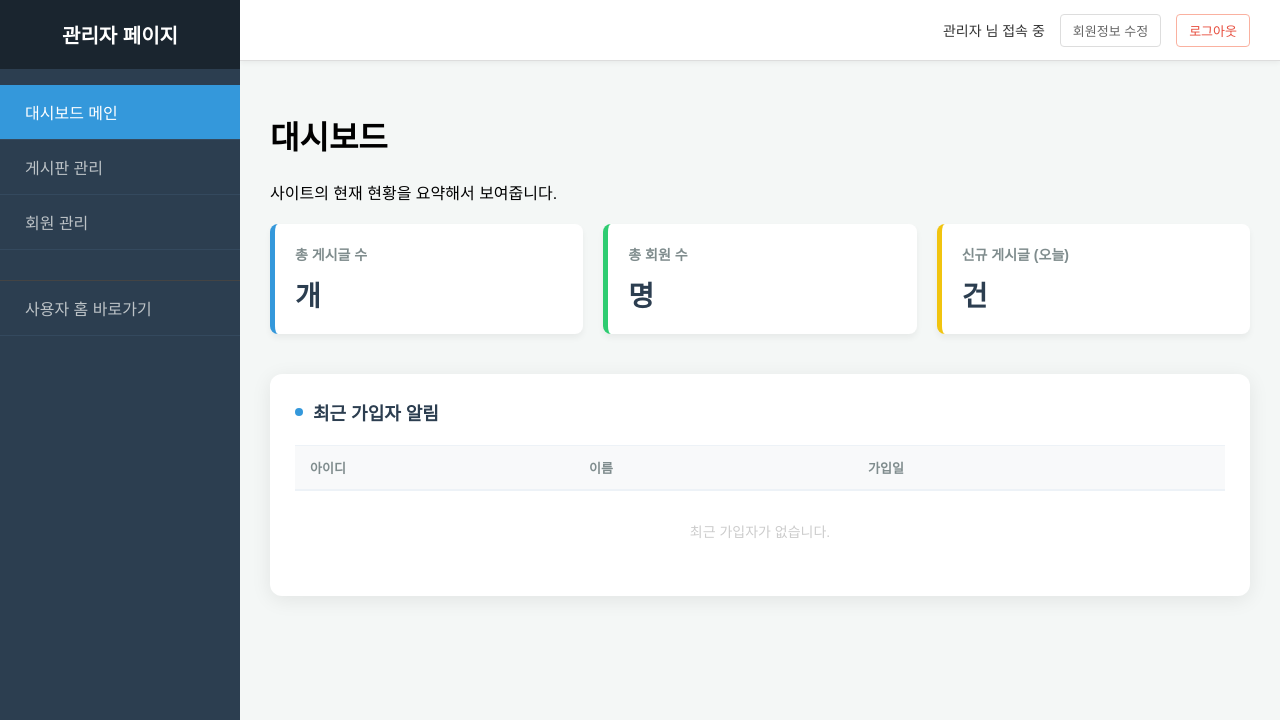
Repository: cjoh0407-ctrl/spring_legacy_project
Page: http://localhost/project/WEB-INF/views/admin/main.jsp
An editor plug-in stored every save of this project. The page is shown before and after the next save, followed by the edit.
The browser window is 1280 px wide. The pictures show the whole page.
The page is served by Tomcat 10. Nobody is signed in. Other server files are loaded and not shown. The template is opened directly, without the code that normally fills it, so the values that code supplies are empty.

Above is the page before, as saved 2026-01-05 06:39:38.

### project/src/main/webapp/WEB-INF/views/admin/main.jsp
<%@ page language="java" contentType="text/html; charset=UTF-8" pageEncoding="UTF-8"%>
<%@ taglib uri="http://java.sun.com/jsp/jstl/core" prefix="c" %>
<!DOCTYPE html>
<html>
<head>
<meta charset="UTF-8">
<title>관리자 페이지 - 메인</title>
<style>
    body { margin: 0; font-family: 'Malgun Gothic', sans-serif; display: flex; background-color: #f4f7f6; }

    /* 사이드바 스타일 */
    .sidebar { width: 240px; background: #2c3e50; color: white; height: 100vh; position: fixed; }
    .sidebar-header { padding: 20px; text-align: center; background: #1a252f; font-size: 20px; font-weight: bold; }
    .sidebar-menu { padding: 0; list-style: none; }
    .sidebar-menu li a { display: block; padding: 15px 25px; color: #bdc3c7; text-decoration: none; border-bottom: 1px solid #34495e; transition: 0.3s; }
    .sidebar-menu li a:hover { background: #34495e; color: white; }
    .sidebar-menu li a.active { background: #3498db; color: white; }

    /* 메인 영역 스타일 */
    .main-content { margin-left: 240px; width: calc(100% - 240px); display: flex; flex-direction: column; }

    /* 헤더 스타일 */
    .admin-header { height: 60px; background: white; border-bottom: 1px solid #ddd; display: flex; align-items: center; justify-content: flex-end; padding: 0 30px; box-shadow: 0 2px 5px rgba(0,0,0,0.05); }
    .admin-info { font-size: 14px; color: #333; }
    .admin-info b { color: #3498db; }
    .header-btn { margin-left: 15px; padding: 6px 12px; font-size: 13px; text-decoration: none; border-radius: 4px; border: 1px solid #ddd; color: #666; transition: 0.2s; }
    .header-btn:hover { background: #f8f9fa; color: #333; }
    .logout-btn { color: #e74c3c; border-color: #fab1a0; }
    .logout-btn:hover { background: #fff5f5; }

    /* 대시보드 내용 */
    .container { padding: 30px; }
    .dashboard-cards { display: flex; gap: 20px; margin-top: 20px; }
    .card { background: white; padding: 20px; border-radius: 8px; flex: 1; box-shadow: 0 4px 6px rgba(0,0,0,0.05); border-left: 5px solid #3498db; }
    .card h3 { margin: 0; font-size: 14px; color: #7f8c8d; }
    .card .value { font-size: 28px; font-weight: bold; margin-top: 10px; color: #2c3e50; }

    /* 최근 가입자 섹션 컨테이너 */
	.recent-members-section {
	    margin-top: 40px;
	    background: white;
	    padding: 25px;
	    border-radius: 12px;
	    box-shadow: 0 4px 20px rgba(0,0,0,0.08);
	}

	.recent-members-section h3 {
	    margin-top: 0;
	    margin-bottom: 20px;
	    font-size: 18px;
	    color: #2c3e50;
	    display: flex;
	    align-items: center;
	    gap: 10px;
	}

	/* 제목 옆에 작은 포인트 점 */
	.recent-members-section h3::before {
	    content: "";
	    display: inline-block;
	    width: 8px;
	    height: 8px;
	    background-color: #3498db;
	    border-radius: 50%;
	}

	/* 관리자용 미니 테이블 스타일 */
	.admin-mini-table {
	    width: 100%;
	    border-collapse: collapse;
	}

	.admin-mini-table th {
	    background-color: #f8f9fa;
	    color: #7f8c8d;
	    font-size: 13px;
	    font-weight: 600;
	    padding: 12px 15px;
	    text-align: left;
	    border-top: 1px solid #edf2f7;
	    border-bottom: 2px solid #edf2f7;
	}

	.admin-mini-table td {
	    padding: 14px 15px;
	    border-bottom: 1px solid #f1f5f9;
	    font-size: 14px;
	    color: #4a5568;
	}

	.admin-mini-table tr:last-child td {
	    border-bottom: none;
	}

	.admin-mini-table tr:hover {
	    background-color: #fcfdfe;
	}

	/* 아이디 강조 스타일 */
	.user-id {
	    font-weight: bold;
	    color: #2d3748;
	}

	/* 가입일 스타일 */
	.reg-date {
	    color: #a0aec0;
	    font-size: 12px;
	}
</style>
</head>
<body>

    <div class="sidebar">
        <div class="sidebar-header">관리자 페이지</div>
        <ul class="sidebar-menu">
            <li><a href="/admin/main" class="active">대시보드 메인</a></li>
            <li><a href="/admin/board/list">게시판 관리</a></li>
            <li><a href="/admin/member/list">회원 관리</a></li>
            <li><a href="/board/list" style="margin-top: 30px; border-top: 1px solid #444;">사용자 홈 바로가기</a></li>
        </ul>
    </div>

    <div class="main-content">
        <header class="admin-header">
            <div class="admin-info">
                관리자 <b>${sessionScope.member.name}</b>님 접속 중
            </div>
            <a href="/member/modify" class="header-btn">회원정보 수정</a>
            <a href="/member/logout" class="header-btn logout-btn">로그아웃</a>
        </header>

        <div class="container">
            <h1>대시보드</h1>
            <p>사이트의 현재 현황을 요약해서 보여줍니다.</p>

            <div class="dashboard-cards">
			    <div class="card">
			        <h3>총 게시글 수</h3>
			        <div class="value">${boardTotalCount} 개</div>
			    </div>
			    <div class="card" style="border-left-color: #2ecc71;">
			        <h3>총 회원 수</h3>
			        <div class="value">${totalMemberCount} 명</div>
			    </div>
			    <div class="card" style="border-left-color: #f1c40f;">
			        <h3>신규 게시글 (오늘)</h3>
			        <div class="value">${boardTodayCount} 건</div>
			    </div>
			</div>

			<div class="recent-members-section">
			    <h3>최근 가입자 알림</h3>
			    <table class="admin-mini-table">
			        <thead>
			            <tr>
			                <th width="30%">아이디</th>
			                <th width="30%">이름</th>
			                <th width="40%">가입일</th>
			            </tr>
			        </thead>
			        <tbody>
			            <c:forEach var="m" items="${recentMembers}">
			                <tr>
			                    <td class="user-id">${m.id}</td>
			                    <td>${m.name}</td>
			                    <td class="reg-date">${m.regdateShort}</td>
			                </tr>
			            </c:forEach>
			            <c:if test="${empty recentMembers}">
			                <tr>
			                    <td colspan="3" style="text-align:center; color:#ccc; padding:30px;">최근 가입자가 없습니다.</td>
			                </tr>
			            </c:if>
			        </tbody>
			    </table>
			</div>
        </div>
    </div>

</body>
</html>

After the next save:
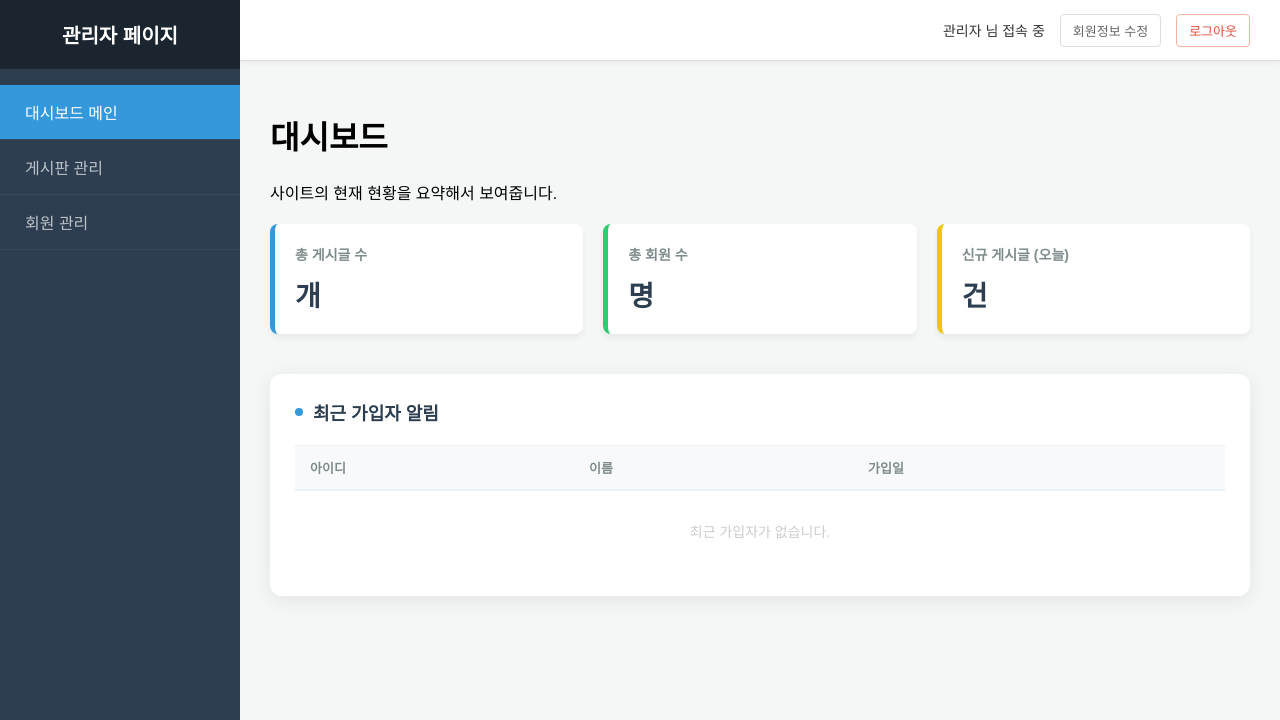
Saved 4 min 52 s later.
--- a/project/src/main/webapp/WEB-INF/views/admin/main.jsp
+++ b/project/src/main/webapp/WEB-INF/views/admin/main.jsp
@@ -117,7 +117,6 @@
             <li><a href="/admin/main" class="active">대시보드 메인</a></li>
             <li><a href="/admin/board/list">게시판 관리</a></li>
             <li><a href="/admin/member/list">회원 관리</a></li>
-            <li><a href="/board/list" style="margin-top: 30px; border-top: 1px solid #444;">사용자 홈 바로가기</a></li>
         </ul>
     </div>
 
